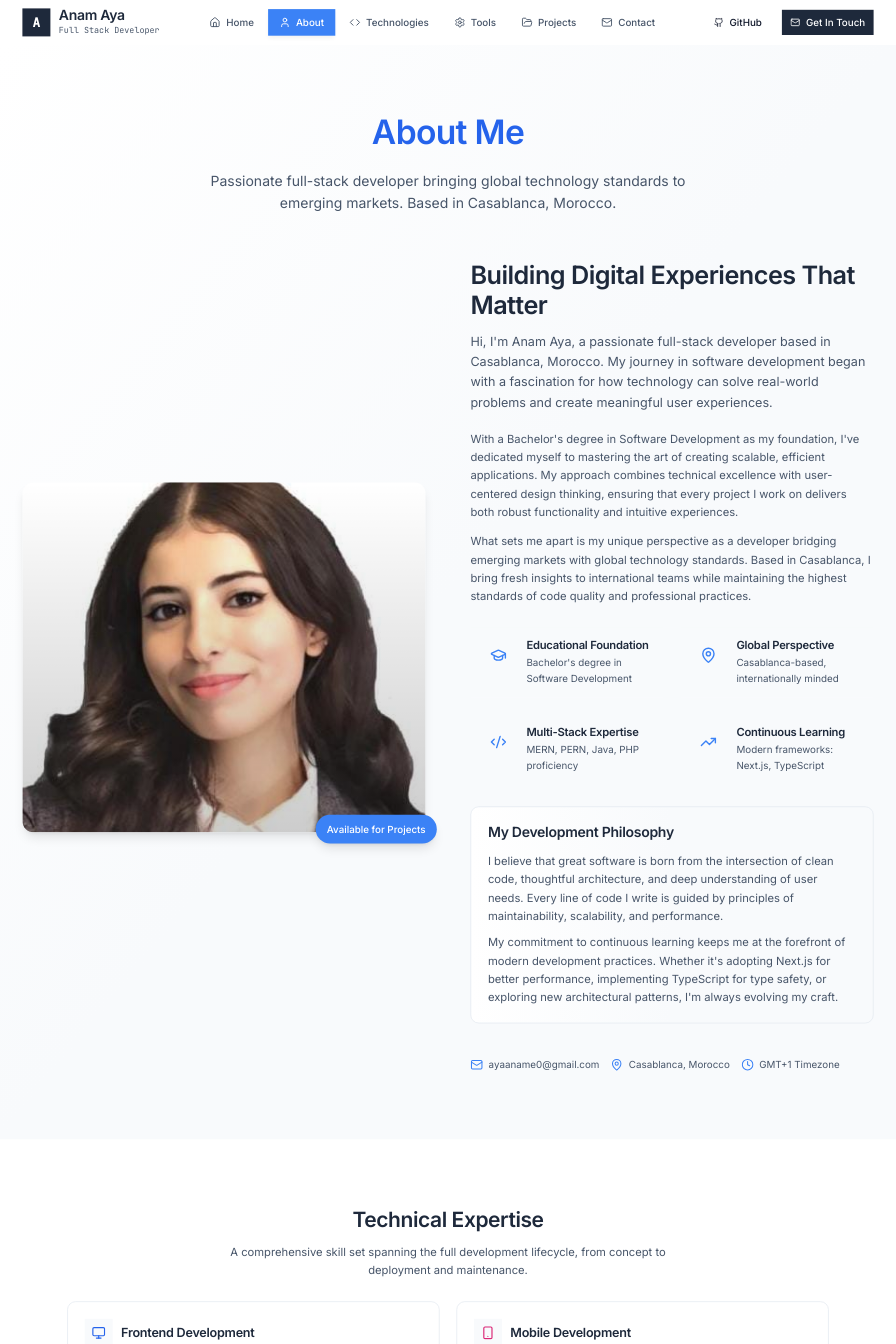
Repository: ayaaas/portflio_aya
Page: /about-me-personal-narrative
The author's editor kept a copy of each file at every save. The page is drawn from the files as they stood at one save, then again after a run of saves.
The browser window is 1280 px wide. The pictures show the part of the page from y = 0 to 1920 px (the page is 4280 px tall), at 70% of full size.
The project was rebuilt for these pictures with package versions that can differ from the ones it lists, and the page was loaded fresh each time. Also part of the build but not shown: vite.config.mjs, src/components/ErrorBoundary.jsx, src/pages/hero-section-developer-portfolio/components/ProfileImage.jsx, src/pages/hero-section-developer-portfolio/components/AnimatedText.jsx, src/pages/hero-section-developer-portfolio/components/HeroContent.jsx, src/pages/hero-section-developer-portfolio/components/BackgroundPattern.jsx, src/pages/hero-section-developer-portfolio/components/ScrollIndicator.jsx, src/pages/hero-section-developer-portfolio/index.jsx and 23 more.

Above is the page before, as saved 2025-07-20 01:02:57.

### index.html
<!doctype html>
<html lang="en">

<head>
  <meta charset="utf-8" />
  <title>anam-aya-portfolio</title>
  <meta name="viewport" content="width=device-width, initial-scale=1.0" />
  <meta name="theme-color" content="#000000" />
  <meta name="description" content="Web site created using create-react-app" />
  <link rel="icon" href="/favicon.ico" />
  <link rel="manifest" href="/manifest.json" />
<script type="module" src="https://static.rocket.new/rocket-web.js?_cfg=https%3A%2F%2Fanamayap2173back.builtwithrocket.new&_be=https%3A%2F%2Fapplication.rocket.new&_v=0.1.6"></script>
</head>

<body>
  <noscript>You need to enable JavaScript to run this app.</noscript>
  <div class="dhiwise-code" id="root"></div>
  <script type="module" src="/src/index.jsx"></script>
</body>

</html>

### src/Routes.jsx
import React from "react";
import { BrowserRouter, Routes as RouterRoutes, Route } from "react-router-dom";
import ScrollToTop from "components/ScrollToTop";
import ErrorBoundary from "components/ErrorBoundary";
// Add your imports here
import HeroSectionDeveloperPortfolio from "pages/hero-section-developer-portfolio";
import AboutMePersonalNarrative from "pages/about-me-personal-narrative";
import ToolsProfessionalWorkflowDisplay from "pages/tools-professional-workflow-display";
import ContactCommunicationPortal from "pages/contact-communication-portal";
import TechnologiesInteractiveStackShowcase from "pages/technologies-interactive-stack-showcase";
import ProjectsCuratedCaseStudies from "pages/projects-curated-case-studies";
import NotFound from "pages/NotFound";

const Routes = () => {
  return (
    <BrowserRouter>
      <ErrorBoundary>
      <ScrollToTop />
      <RouterRoutes>
        {/* Define your routes here */}
        <Route path="/" element={<HeroSectionDeveloperPortfolio />} />
        <Route path="/hero-section-developer-portfolio" element={<HeroSectionDeveloperPortfolio />} />
        <Route path="/about-me-personal-narrative" element={<AboutMePersonalNarrative />} />
        <Route path="/tools-professional-workflow-display" element={<ToolsProfessionalWorkflowDisplay />} />
        <Route path="/contact-communication-portal" element={<ContactCommunicationPortal />} />
        <Route path="/technologies-interactive-stack-showcase" element={<TechnologiesInteractiveStackShowcase />} />
        <Route path="/projects-curated-case-studies" element={<ProjectsCuratedCaseStudies />} />
        <Route path="*" element={<NotFound />} />
      </RouterRoutes>
      </ErrorBoundary>
    </BrowserRouter>
  );
};

export default Routes;

### src/pages/about-me-personal-narrative/index.jsx
import React, { useEffect, useRef } from 'react';
import { Helmet } from 'react-helmet';
import Header from '../../components/ui/Header';
import ProfileImage from './components/ProfileImage';
import PersonalStory from './components/PersonalStory';
import SkillsOverview from './components/SkillsOverview';
import PersonalValues from './components/PersonalValues';
import Icon from '../../components/AppIcon';
import Button from '../../components/ui/Button';

const AboutMePersonalNarrative = () => {
  const sectionsRef = useRef([]);

  useEffect(() => {
    const observerOptions = {
      threshold: 0.1,
      rootMargin: '0px 0px -50px 0px'
    };

    const observer = new IntersectionObserver((entries) => {
      entries.forEach((entry) => {
        if (entry.isIntersecting) {
          entry.target.classList.add('fade-in', 'visible');
        }
      });
    }, observerOptions);

    sectionsRef.current.forEach((section) => {
      if (section) {
        observer.observe(section);
      }
    });

    return () => {
      sectionsRef.current.forEach((section) => {
        if (section) {
          observer.unobserve(section);
        }
      });
    };
  }, []);

  const addToRefs = (el) => {
    if (el && !sectionsRef.current.includes(el)) {
      sectionsRef.current.push(el);
    }
  };

  return (
    <>
      <Helmet>
        <title>About Me - Anam Aya | Full Stack Developer Portfolio</title>
        <meta
          name="description"
          content="Learn about Anam Aya, a passionate full-stack developer from Casablanca, Morocco. Discover my journey, values, and expertise in modern web development technologies."
        />
        <meta name="keywords" content="Anam Aya, Full Stack Developer, Casablanca, Morocco, React, Node.js, Software Development, Web Developer" />
        <meta property="og:title" content="About Me - Anam Aya | Full Stack Developer" />
        <meta property="og:description" content="Passionate full-stack developer bringing global technology standards to emerging markets. Based in Casablanca, Morocco." />
        <meta property="og:type" content="website" />
        <link rel="canonical" href="/about-me-personal-narrative" />
      </Helmet>

      <div className="min-h-screen bg-background">
        <Header />

        <main className="pt-16">
          {/* Hero Section */}
          <section
            ref={addToRefs}
            className="fade-in py-16 lg:py-24 bg-gradient-to-br from-background via-surface to-muted"
          >
            <div className="max-w-7xl mx-auto px-6 lg:px-8">
              <div className="text-center mb-16">
                <h1 className="text-4xl md:text-5xl font-bold text-blue-600 mb-6">
                  About Me
                </h1>
                <p className="text-xl text-text-secondary max-w-3xl mx-auto leading-relaxed">
                  Passionate full-stack developer bringing global technology standards to emerging markets. Based in Casablanca, Morocco.
                </p>
              </div>
              <div className="grid grid-cols-1 lg:grid-cols-2 gap-12 lg:gap-16 items-center">
                {/* Profile Image */}
                <div className="order-2 lg:order-1 mt-[-24px]">
                  <ProfileImage />
                </div>

                {/* Personal Story */}
                <div className="order-1 lg:order-2">
                  <PersonalStory />
                </div>
              </div>
            </div>
          </section>

          {/* Skills Overview Section */}
          <section
            ref={addToRefs}
            className="fade-in py-16 lg:py-24 bg-background"
          >
            <div className="max-w-6xl mx-auto px-6 lg:px-8">
              <SkillsOverview />
            </div>
          </section>

          {/* Personal Values Section */}
          <section
            ref={addToRefs}
            className="fade-in py-16 lg:py-24 bg-surface"
          >
            <div className="max-w-6xl mx-auto px-6 lg:px-8">
              <PersonalValues />
            </div>
          </section>

          {/* Call to Action Section */}
          <section
            ref={addToRefs}
            className="fade-in py-16 lg:py-24 bg-gradient-to-r from-primary/5 to-accent/5"
          >
            <div className="max-w-4xl mx-auto px-6 lg:px-8 text-center">
              <div className="space-y-8">
                <div className="space-y-4">
                  <h2 className="text-3xl lg:text-4xl font-bold text-blue-600">
                    Let's Build Something Amazing Together
                  </h2>
                  <p className="text-lg text-text-secondary max-w-2xl mx-auto">
                    Ready to bring your ideas to life? I'm always excited to work on new projects
                    and collaborate with teams that value quality and innovation.
                  </p>
                </div>

                <div className="flex flex-col sm:flex-row gap-4 justify-center">
                  <Button
                    variant="default"
                    size="lg"
                    iconName="Mail"
                    iconPosition="left"
                    onClick={() => window.location.href = 'mailto:ayaaname0@gmail.com'}
                    className="hover-lift"
                  >
                    Start a Conversation
                  </Button>

                  <Button
                    variant="outline"
                    size="lg"
                    iconName="FolderOpen"
                    iconPosition="left"
                    onClick={() => window.location.href = '/projects-curated-case-studies'}
                    className="hover-lift"
                  >
                    View My Work
                  </Button>
                </div>

                {/* Contact Info */}
                <div className="flex flex-col sm:flex-row gap-6 justify-center items-center pt-8 border-t border-border">
                  <div className="flex items-center space-x-2 text-text-secondary">
                    <Icon name="Mail" size={18} className="text-accent" />
                    <span className="text-sm">ayaaname0@gmail.com</span>
                  </div>
                  <div className="flex items-center space-x-2 text-text-secondary">
                    <Icon name="MapPin" size={18} className="text-accent" />
                    <span className="text-sm">Casablanca, Morocco</span>
                  </div>
                  <div className="flex items-center space-x-2 text-text-secondary">
                    <Icon name="Clock" size={18} className="text-accent" />
                    <span className="text-sm">GMT+1 Available</span>
                  </div>
                </div>
              </div>
            </div>
          </section>
        </main>
      </div>
    </>
  );
};

export default AboutMePersonalNarrative;

### src/pages/about-me-personal-narrative/components/ProfileImage.jsx
import React from 'react';
import Image from '../../../components/AppImage';

const ProfileImage = () => {
  return (
    <div className="relative">
      <div className="relative overflow-hidden rounded-2xl shadow-lg hover-lift">
        <Image
          src="public/assets/images/WhatsApp Image 2025-01-27 à 13.09.23_03e1ada6.jpg"
          alt="Anam Aya - Full Stack Developer in his development environment"
          className="w-full h-[500px] object-cover"
        />
        <div className="absolute inset-0 bg-gradient-to-t from-black/20 to-transparent"></div>
      </div>

      {/* Floating Badge */}
      <div className="absolute -bottom-4 -right-4 bg-accent text-accent-foreground px-4 py-2 rounded-full shadow-lg">
        <span className="text-sm font-medium">Available for Projects</span>
      </div>

      {/* Decorative Elements */}
      <div className="absolute -top-4 -left-4 w-8 h-8 bg-primary/10 rounded-full"></div>
      <div className="absolute top-8 -right-2 w-4 h-4 bg-accent/20 rounded-full"></div>
    </div>
  );
};

export default ProfileImage;

### src/components/ui/Button.jsx
import React from 'react';
import { Slot } from "@radix-ui/react-slot";
import { cva } from "class-variance-authority";
import { cn } from "../../utils/cn";
import Icon from '../AppIcon';

const buttonVariants = cva(
    "inline-flex items-center justify-center whitespace-nowrap rounded-md text-sm font-medium ring-offset-background transition-colors focus-visible:outline-none focus-visible:ring-2 focus-visible:ring-ring focus-visible:ring-offset-2 disabled:pointer-events-none disabled:opacity-50",
    {
        variants: {
            variant: {
                default: "bg-primary text-primary-foreground hover:bg-primary/90",
                destructive: "bg-destructive text-destructive-foreground hover:bg-destructive/90",
                outline: "border border-input hover:bg-accent hover:text-accent-foreground",
                secondary: "bg-secondary text-secondary-foreground hover:bg-secondary/80",
                ghost: "hover:bg-accent hover:text-accent-foreground",
                link: "text-primary underline-offset-4 hover:underline",
                success: "bg-success text-success-foreground hover:bg-success/90",
                warning: "bg-warning text-warning-foreground hover:bg-warning/90",
                danger: "bg-error text-error-foreground hover:bg-error/90",
            },
            size: {
                default: "h-10 px-4 py-2",
                sm: "h-9 rounded-md px-3",
                lg: "h-11 rounded-md px-8",
                icon: "h-10 w-10",
                xs: "h-8 rounded-md px-2 text-xs",
                xl: "h-12 rounded-md px-10 text-base",
            },
        },
        defaultVariants: {
            variant: "default",
            size: "default",
        },
    }
);

const Button = React.forwardRef(({
    className,
    variant,
    size,
    asChild = false,
    children,
    loading = false,
    iconName = null,
    iconPosition = 'left',
    iconSize = null,
    fullWidth = false,
    disabled = false,
    ...props
}, ref) => {
    const Comp = asChild ? Slot : "button";

    // Icon size mapping based on button size
    const iconSizeMap = {
        xs: 12,
        sm: 14,
        default: 16,
        lg: 18,
        xl: 20,
        icon: 16,
    };

    const calculatedIconSize = iconSize || iconSizeMap[size] || 16;

    // Loading spinner
    const LoadingSpinner = () => (
        <svg className="animate-spin -ml-1 mr-2 h-4 w-4" fill="none" viewBox="0 0 24 24">
            <circle className="opacity-25" cx="12" cy="12" r="10" stroke="currentColor" strokeWidth="4" />
            <path className="opacity-75" fill="currentColor" d="M4 12a8 8 0 018-8V0C5.373 0 0 5.373 0 12h4zm2 5.291A7.962 7.962 0 014 12H0c0 3.042 1.135 5.824 3 7.938l3-2.647z" />
        </svg>
    );

    // Icon rendering
    const renderIcon = () => {
        if (!iconName) return null;

        return (
            <Icon
                name={iconName}
                size={calculatedIconSize}
                className={cn(
                    children && iconPosition === 'left' && "mr-2",
                    children && iconPosition === 'right' && "ml-2"
                )}
            />
        );
    };

    return (
        <Comp
            className={cn(
                buttonVariants({ variant, size, className }),
                fullWidth && "w-full"
            )}
            ref={ref}
            disabled={disabled || loading}
            {...props}
        >
            {loading && <LoadingSpinner />}
            {iconName && iconPosition === 'left' && renderIcon()}
            {children}
            {iconName && iconPosition === 'right' && renderIcon()}
        </Comp>
    );
});

Button.displayName = "Button";

export default Button;

Loaded but not shown: src/index.jsx (common file); src/App.jsx (common file); src/styles/tailwind.css (library); src/styles/index.css (common file); src/components/ScrollToTop.jsx (common file); src/components/AppIcon.jsx (common file); src/components/AppImage.jsx (common file); src/utils/cn.js (common file); tailwind.config.js (148 lines, source omitted); src/components/ui/Header.jsx (183 lines, source omitted); src/pages/about-me-personal-narrative/components/PersonalValues.jsx (120 lines, source omitted); src/pages/about-me-personal-narrative/components/PersonalStory.jsx (114 lines, source omitted); src/pages/about-me-personal-narrative/components/SkillsOverview.jsx (119 lines, source omitted)

After the next 2 saves:
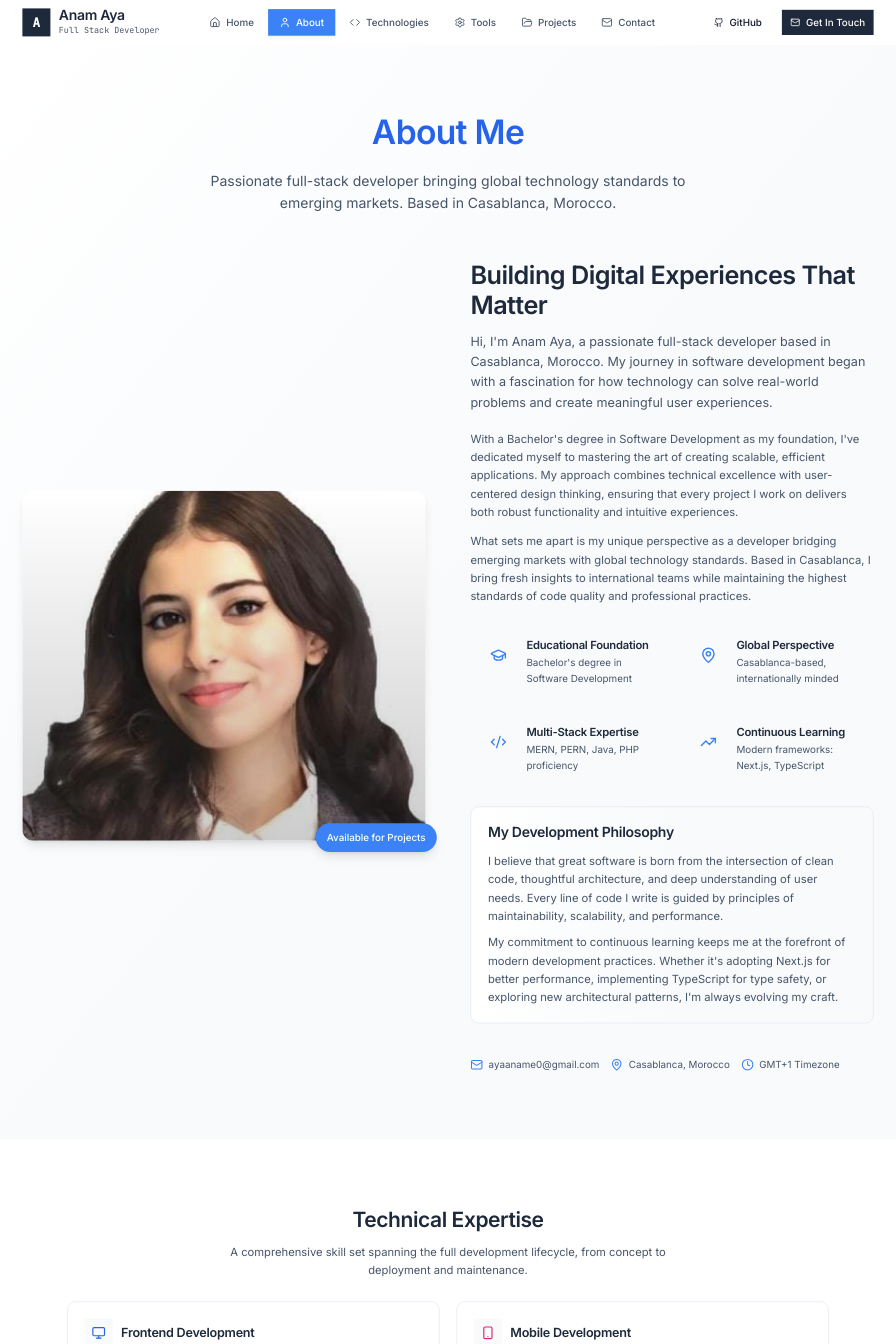
The 2 saves are shown as one change because they came seconds apart.
The last was saved 11 s later.
--- a/src/pages/about-me-personal-narrative/index.jsx
+++ b/src/pages/about-me-personal-narrative/index.jsx
@@ -81,7 +81,7 @@
               </div>
               <div className="grid grid-cols-1 lg:grid-cols-2 gap-12 lg:gap-16 items-center">
                 {/* Profile Image */}
-                <div className="order-2 lg:order-1 mt-[-24px]">
+                <div className="order-2 lg:order-1">
                   <ProfileImage />
                 </div>
 

After the 4 saves that followed:
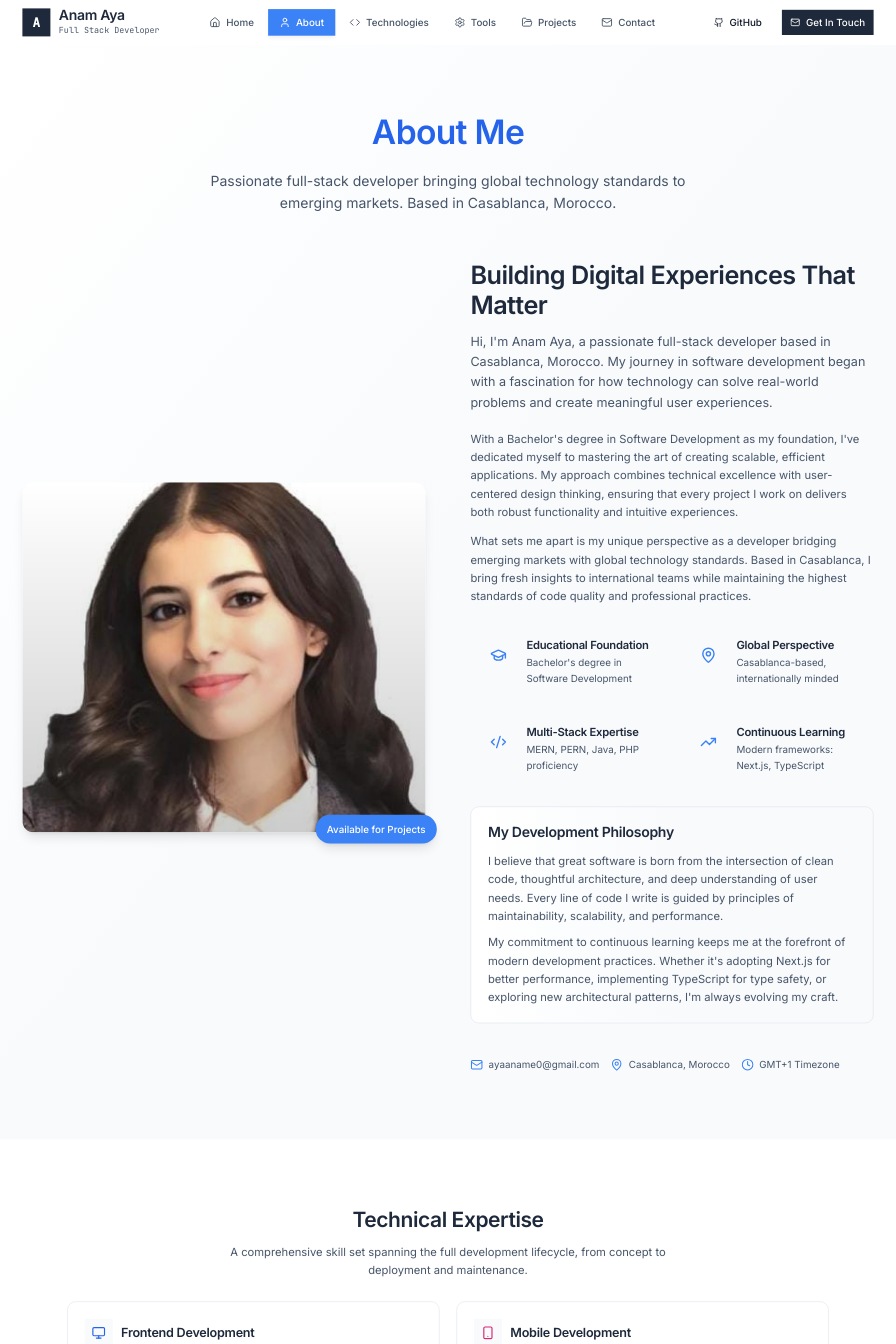
The 4 saves are shown as one change because they came seconds apart.
The last was saved 2 min 43 s later.
--- a/src/pages/about-me-personal-narrative/index.jsx
+++ b/src/pages/about-me-personal-narrative/index.jsx
@@ -81,7 +81,7 @@
               </div>
               <div className="grid grid-cols-1 lg:grid-cols-2 gap-12 lg:gap-16 items-center">
                 {/* Profile Image */}
-                <div className="order-2 lg:order-1">
+                <div className="order-2 lg:order-1 -mt-6">
                   <ProfileImage />
                 </div>
 
